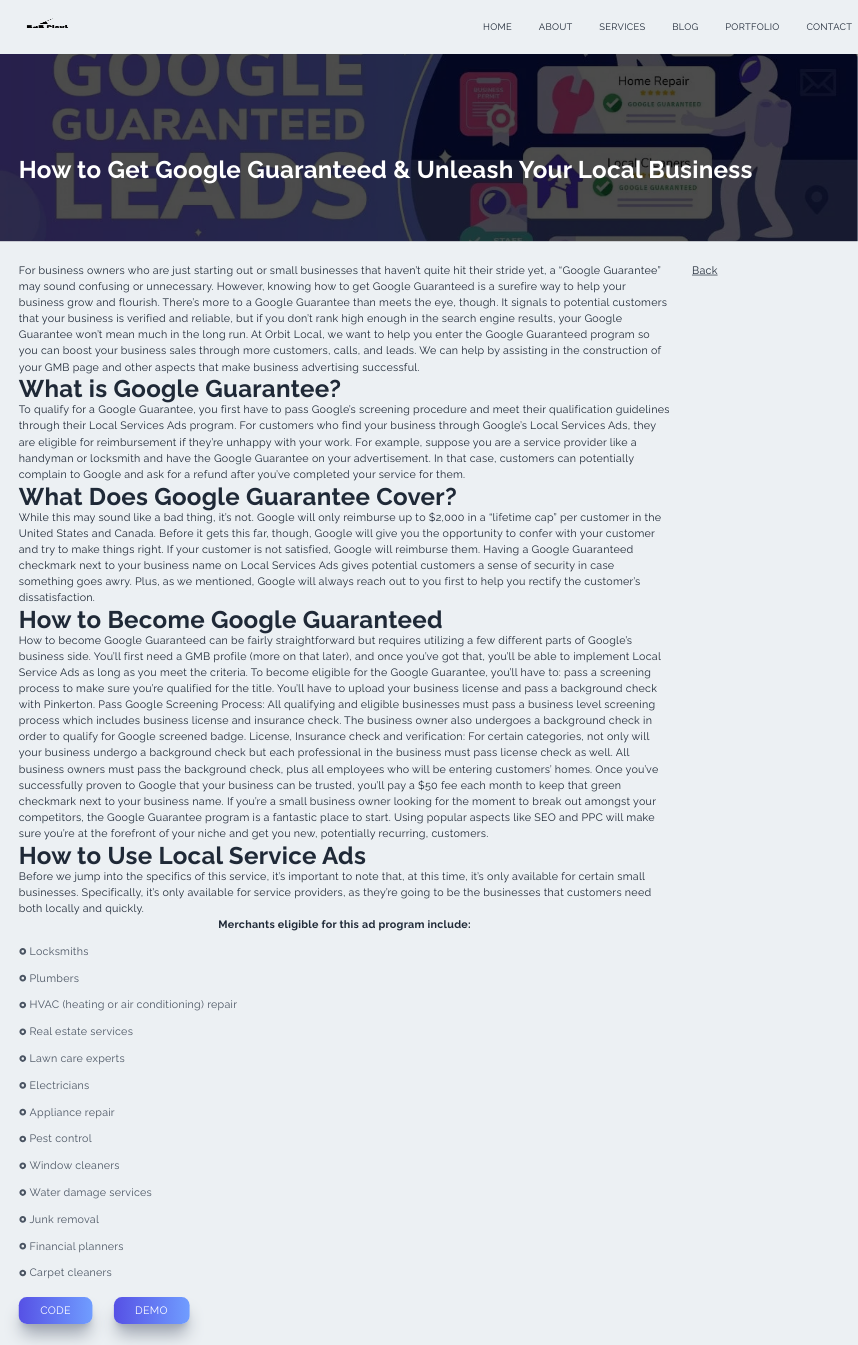
Repository: DID0101/nextjs.b2b
Page: /crypto
An editor plug-in stored every save of this project. The page is shown before and after the next save, followed by the edit.
The browser window is 1280 px wide. The pictures show the whole page, at 67% of full size.
The project was rebuilt for these pictures with package versions that can differ from the ones it lists, and the page was loaded fresh each time. The framework's server and built-in components were replaced by stand-ins that run in the browser. Also part of the build but not shown: next.config.js.

Above is the page before, as saved 2024-01-22 03:03:35.

After the next save:
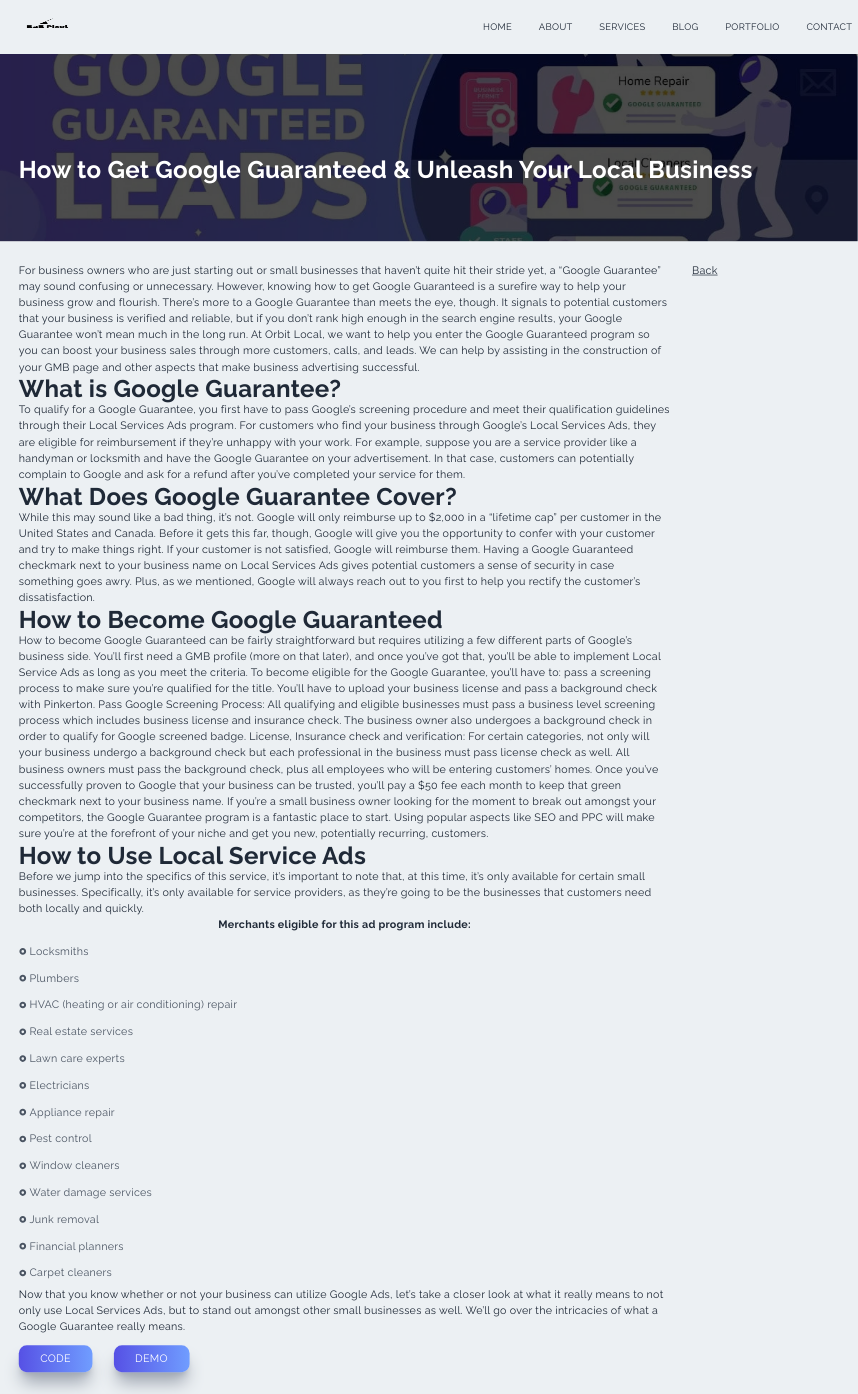
Saved 30 s later.
--- a/pages/crypto.jsx
+++ b/pages/crypto.jsx
@@ -99,6 +99,7 @@
               <p className='text-gray-600 py-2 flex items-center'>
                 <RiRadioButtonFill className='pr-1' /> Carpet cleaners
               </p>
+              <p>Now that you know whether or not your business can utilize Google Ads, let’s take a closer look at what it really means to not only use Local Services Ads, but to stand out amongst other small businesses as well. We’ll go over the intricacies of what a Google Guarantee really means.</p>
           <a
             href='https://github.com/fireclint/crypto-react-firebase'
             target='_blank'
